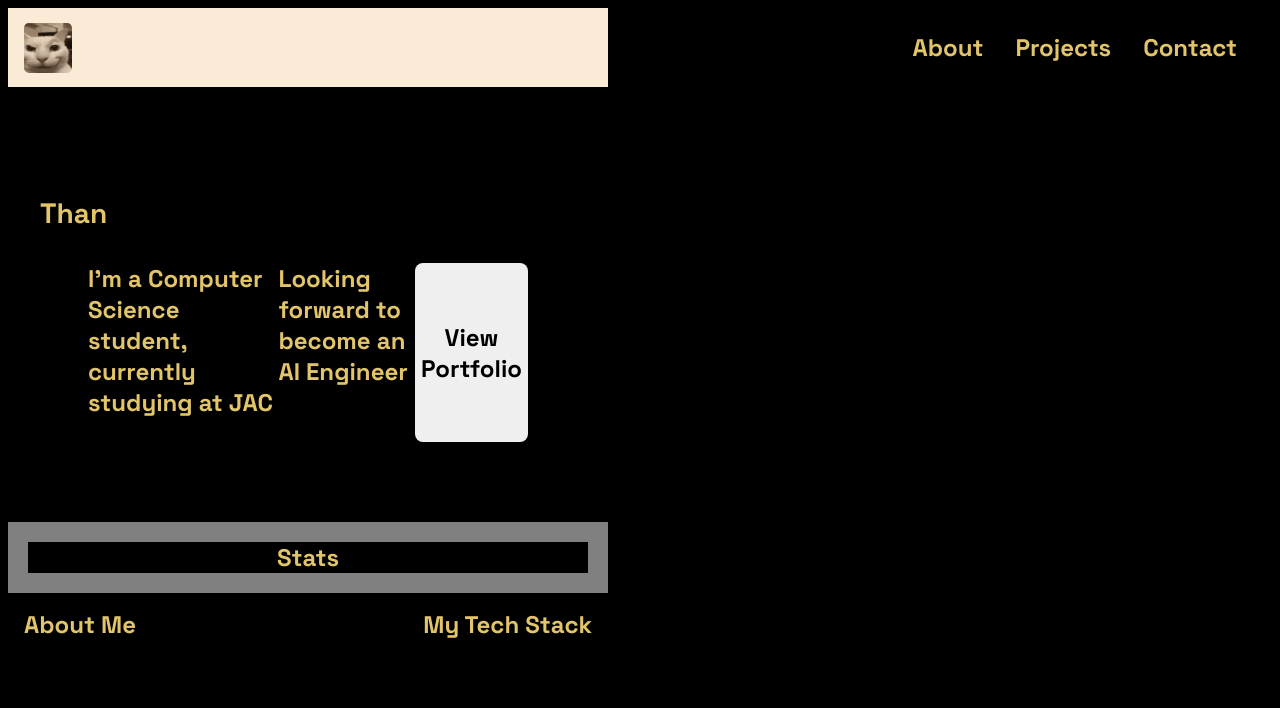
Repository: Than-dot/Than-dot
Page: index.html
These files come from the project's save history. The page is drawn as it stood at one moment and after a run of saves; the edit follows.
The browser window is 1280 px wide. The pictures show the whole page.

Above is the page before, as saved 2026-05-06 12:26:04.

### index.html
<!doctype html>
<html lang="en">
  <head>
    <meta charset="UTF-8" />
    <meta name="viewport" content="width=device-width, initial-scale=1.0" />
    <title>Than</title>
    <link rel="stylesheet" href="styles/global.css" />
    <link rel="stylesheet" href="styles/index.css" />
  </head>

  <body>
    <header>
      <nav>
        <img src="./assets/images/uncanny-cat-freaky.png" alt="cat" />
        <ul class="nav-center">
          <li>About</li>
          <li>Projects</li>
          <li>Contact</li>
        </ul>
      </nav>
    </header>
    <main>
      <section class="container1">
        <article class="f-art"><h1>Than</h1></article>
        <aside class="f-asi">
          <p>I'm a Computer Science student, currently studying at JAC</p>
          <p>Looking forward to become an AI Engineer</p>
          <button>View Portfolio</button>
        </aside>
        <article class="stats">Stats</article>
      </section>
    </main>
    <section class="container2">
      <aside class="s-asi">About Me</aside>
      <article class="s-art">My Tech Stack</article>
    </section>
  </body>
</html>

### styles/global.css
@font-face {
  font-family: Space-Grotesk;
  src: url(/assets/font/Space_Grotesk/SpaceGrotesk-VariableFont_wght.ttf);
}

body {
  font-family: Space-Grotesk, sans-serif;
  font-weight: bold;
  font-size: 1.5rem;
}

button {
  font-family: Space-Grotesk, sans-serif;
  font-weight: bold;
  font-size: 1.5rem;
}

h1 {

}

### styles/index.css
body {
  width: 100%;
  max-width: 600px;
  background-color: black;
  color: #e2c46a;
}
.container1 {
  display: flex;
  flex-direction: column;
}

header {
  background-color: antiquewhite;
}

.f-art {
  margin: 2rem;
  margin-top: 5rem;
}

.f-asi {
  display: grid;
  margin-top: 0;
  justify-content: space-between;
}

p {
  margin: 0;
  margin-bottom: 1.5rem;
}

.stats {
  border: 20px solid grey;
  text-align: center;
}

.s-art {
}

.s-asi {
}

.container2 {
  display: flex;
  flex-direction: row;
  justify-content: space-between;
  margin: 1rem;
}

button {
  border-radius: 8px;
  border: none;
}

button:hover {
  box-shadow: 0 6px 12px rgba(0, 0, 0, 0.15);
}

img {
  height: 50px;
  width: auto;
  margin-left: 1rem;
  border-radius: 10%;
}

.nav-center {
  display: flex;
  gap: 32px;
  list-style: none;
  margin-left: 10rem;
}

nav {
  align-items: center;
  display: flex;
}

h1 {
  margin-bottom: 0;
}

@media screen and (min-width: 700px) {
  body {
    width: 100%;
  }
  .nav-center {
    display: flex;
    gap: 32px;
    list-style: none;
    margin-left: 50rem;
  }
  .f-asi {
    display: grid;
    margin-top: 0;
    justify-content: space-between;
  }
  .f-asi {
    display: flex;
    margin: 5rem;
    margin-top: 0;
    justify-content: space-between;
  }
}

After the next 2 saves:
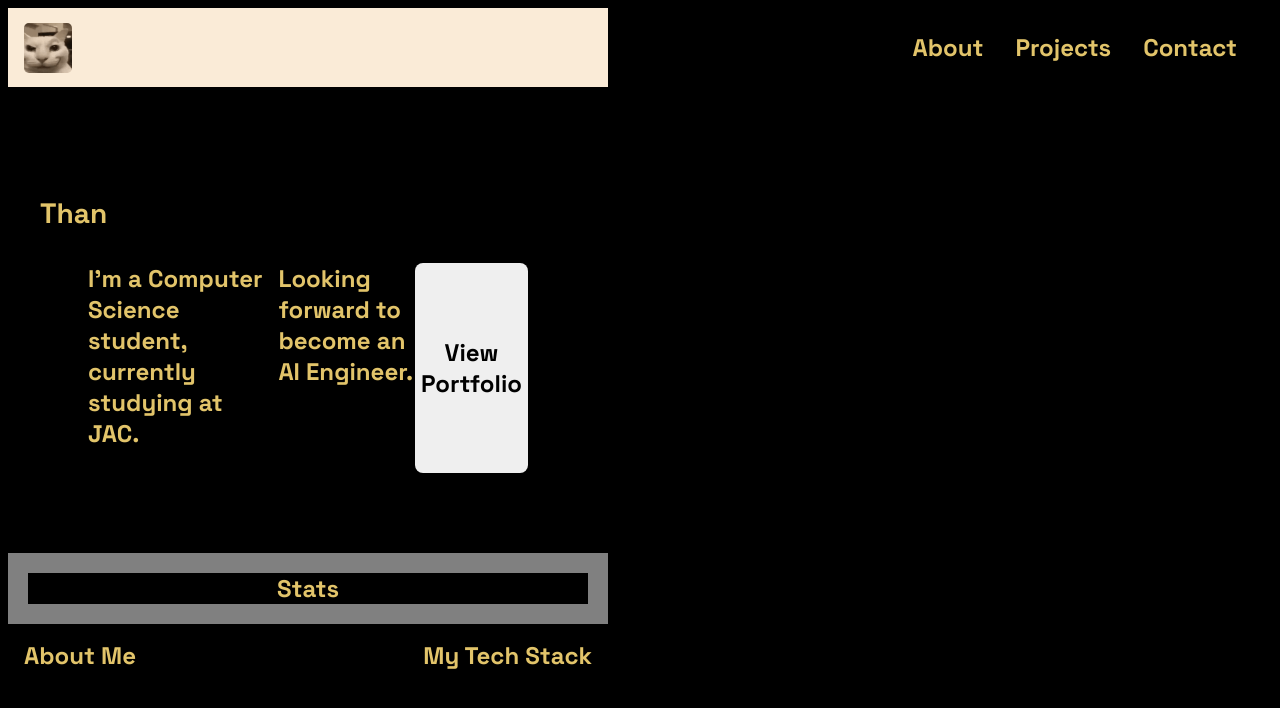
The 2 saves are shown as one change because they came seconds apart.
The last was saved 21 s later.
--- a/index.html
+++ b/index.html
@@ -23,8 +23,8 @@
       <section class="container1">
         <article class="f-art"><h1>Than</h1></article>
         <aside class="f-asi">
-          <p>I'm a Computer Science student, currently studying at JAC</p>
-          <p>Looking forward to become an AI Engineer</p>
+          <p>I'm a Computer Science student, currently studying at JAC.</p>
+          <p>Looking forward to become an AI Engineer.</p>
           <button>View Portfolio</button>
         </aside>
         <article class="stats">Stats</article>
